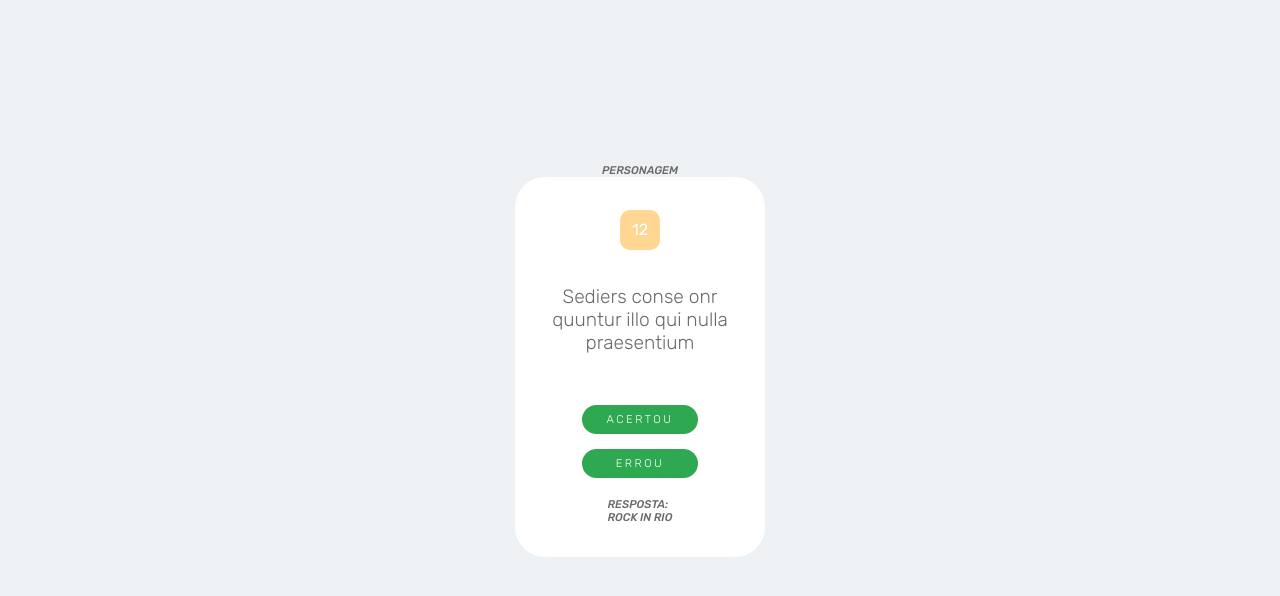
Repository: lucasthaynan/acertai
Page: index.html
These files come from the project's save history. The page is drawn as it stood at one moment and after the next save; the edit follows.
The browser window is 1280 px wide. The pictures show the whole page.

Above is the page before, as saved 2024-04-14 20:44:27.

After the next save:
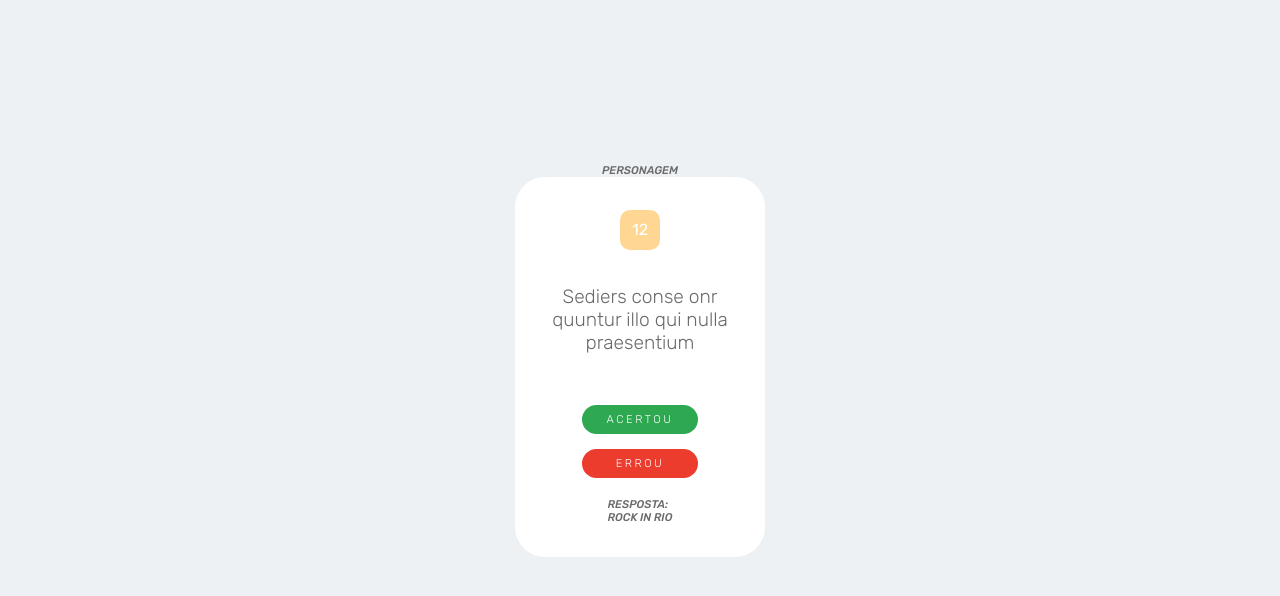
Saved 5 s later.
--- a/style.css
+++ b/style.css
@@ -383,7 +383,7 @@ section.select-tips .container.tip .right {
 
 section.select-tips .container.tip .missed {
 
-    background-color: var(--btn-right);
+    background-color: var(--btn-missed);
     color: var(--text-claro);
     text-align: center;
     padding: 8px 25px;
